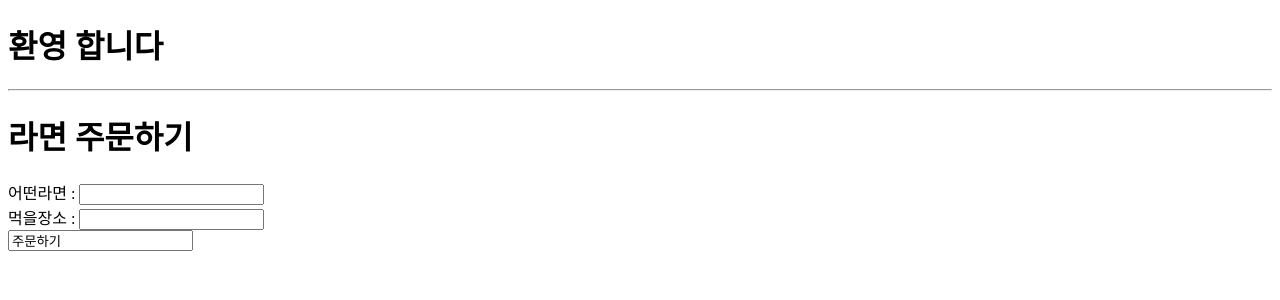
Repository: minjuleee/Server_study
Page: dev/web/src/main/webapp/index.html
These files come from the project's save history. The page is drawn as it stood at one moment and after the next save; the edit follows.
The browser window is 1280 px wide. The pictures show the whole page.

Above is the page before, as saved 2025-11-17 07:19:06.

After the next save:
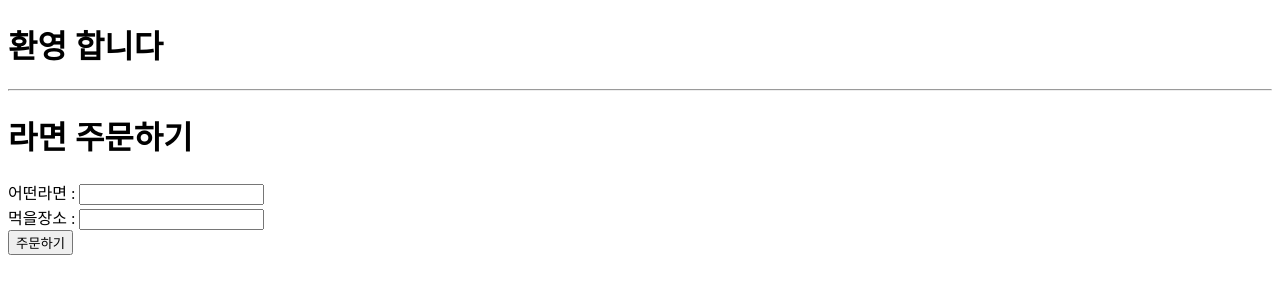
Saved 33 s later.
--- a/dev/web/src/main/webapp/index.html
+++ b/dev/web/src/main/webapp/index.html
@@ -11,7 +11,7 @@
 	<form action="/web/Order">
 		어떤라면 : <input type="text" name="ramen"><br>
 		먹을장소 : <input type="text" name="Loc"><br>
-		<input type="sumit" value="주문하기">
+		<input type="submit" value="주문하기">
 	</form>
 </body>
 </html>
